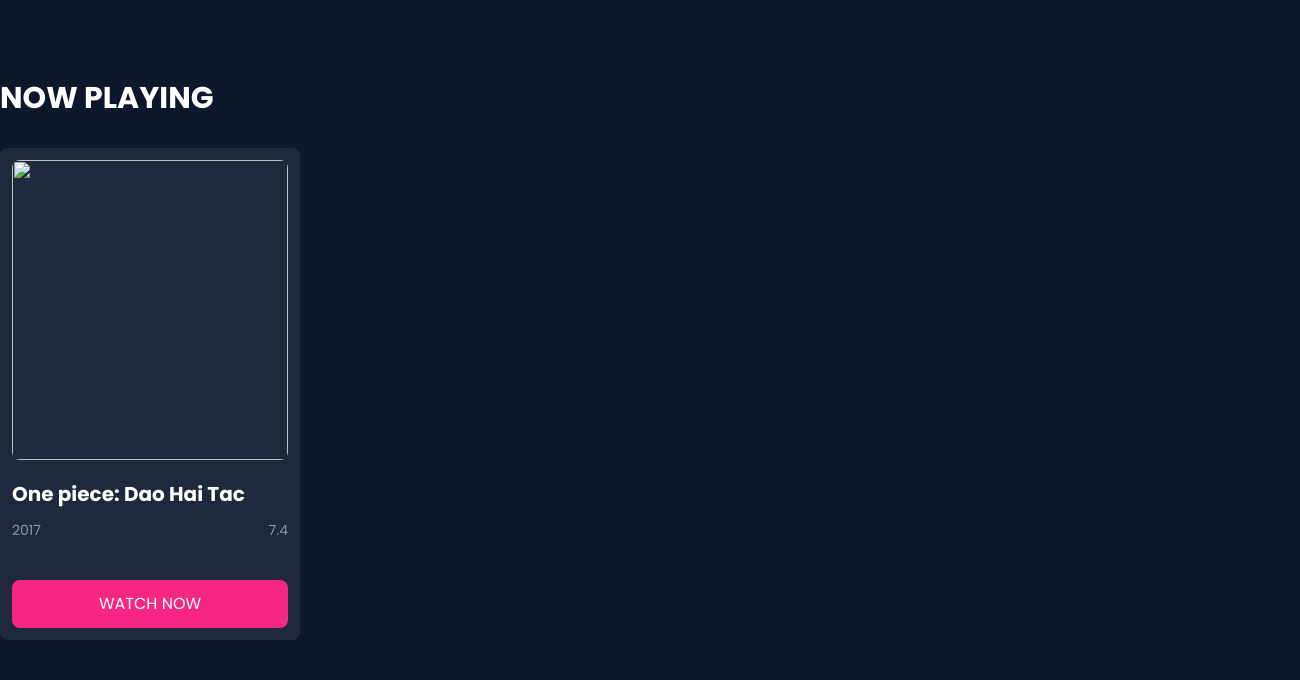
Repository: HoangLong0210/MovieWithTheMovieDb
Page: /
The author's editor kept a copy of each file at every save. The page is drawn from the files as they stood at one save, then again after the next save.
The browser window is 1280 px wide. The page is 1300 px wide, so the pictures cover 1300 px, including what lies to the right of the window. The pictures show the part of the page from y = 624 to 1304 px (the page is 1304 px tall before and 812 px after).
The page's requests for data from a server got no answer. The project was rebuilt for these pictures with package versions that can differ from the ones it lists, and the page was loaded fresh each time. No one was signed in, and anything a server would have sent is missing.

Above is the page before, as saved 2023-04-27 15:06:57.

After the next save:
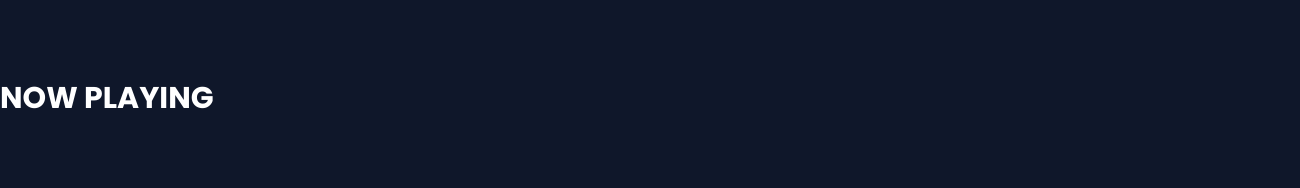
Saved 49 s later.
--- a/src/components/movie/MovieList.js
+++ b/src/components/movie/MovieList.js
@@ -18,11 +18,13 @@
   }, [data]);
   return (
     <div className="movie-list grid grid-cols-4 gap-4">
-      <Swiper grabCursor={true} spaceBetween={40} slidesPerView={"auto"}>
-        <SwiperSlide>
-          <MovieCard></MovieCard>
-        </SwiperSlide>
-      </Swiper>
+      {movie.length > 0 && (
+        <Swiper grabCursor={true} spaceBetween={40} slidesPerView={"auto"}>
+          <SwiperSlide>
+            <MovieCard></MovieCard>
+          </SwiperSlide>
+        </Swiper>
+      )}
     </div>
   );
 };
